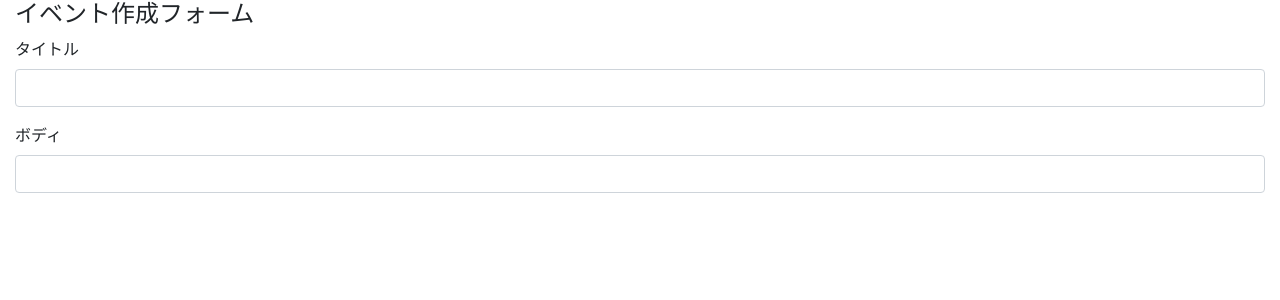
Repository: sie-fufu/react-hooks-101
Page: /
An editor plug-in stored every save of this project. The page is shown before and after the next save, followed by the edit.
The browser window is 1280 px wide. The pictures show the whole page.
The project was rebuilt for these pictures with package versions that can differ from the ones it lists, and the page was loaded fresh each time.

Above is the page before, as saved 2022-01-09 16:43:52.

### src/components/App.js
import React from "react";

import "bootstrap/dist/css/bootstrap.min.css";

const App = () => {
  return (
    <div className="container-fluid">
      <h4>イベント作成フォーム</h4>
      <form>
        <div className="form-group">
          <label htmlFor="formEventTitle">タイトル</label>
          <input className="form-control" id="formEventTitle" />
        </div>

        <div className="form-group">
          <label htmlFor="formEventBody">ボディ</label>
          <input className="form-control" id="formEventBody" />
        </div>
      </form>
    </div>
  );
};

export default App;

Loaded but not shown: public/index.html (common file); src/index.js (common file)

After the next save:
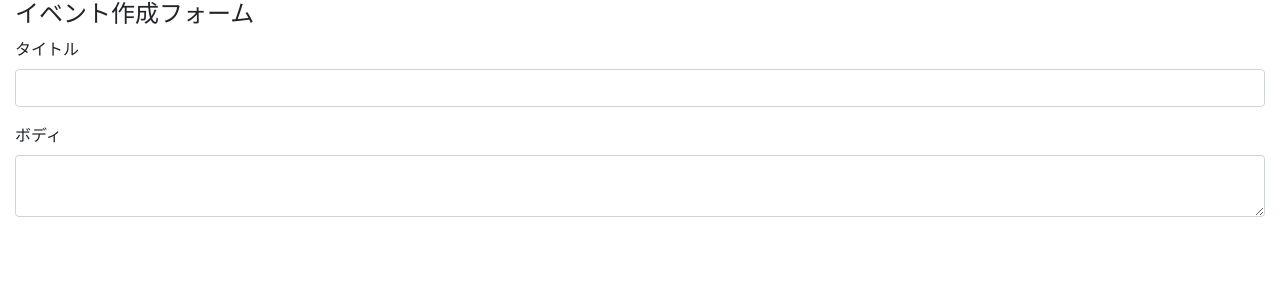
Saved 40 s later.
--- a/src/components/App.js
+++ b/src/components/App.js
@@ -14,7 +14,7 @@ const App = () => {
 
         <div className="form-group">
           <label htmlFor="formEventBody">ボディ</label>
-          <input className="form-control" id="formEventBody" />
+          <textarea className="form-control" id="formEventBody" />
         </div>
       </form>
     </div>
